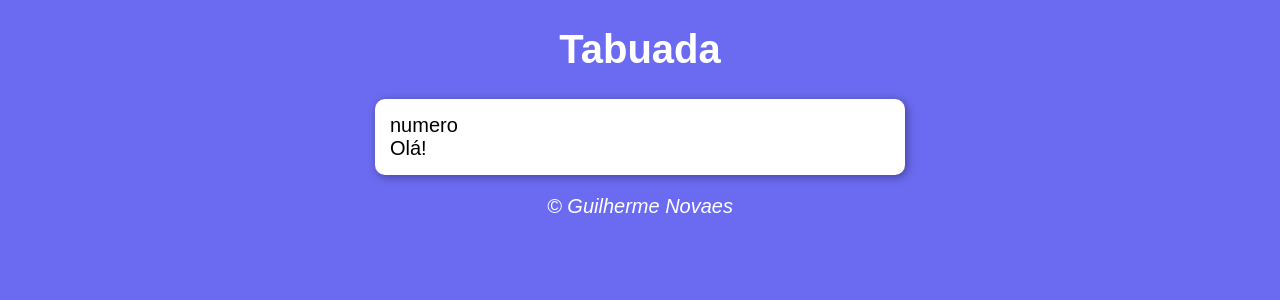
Repository: Guilherme-RNovaes/JavaScript-Curso
Page: Aula 14ex/ex017/index.html
These files come from the project's save history. The page is drawn as it stood at one moment and after the next save; the edit follows.
The browser window is 1280 px wide. The pictures show the whole page.

Above is the page before, as saved 2022-09-10 09:06:58.

After the next save:
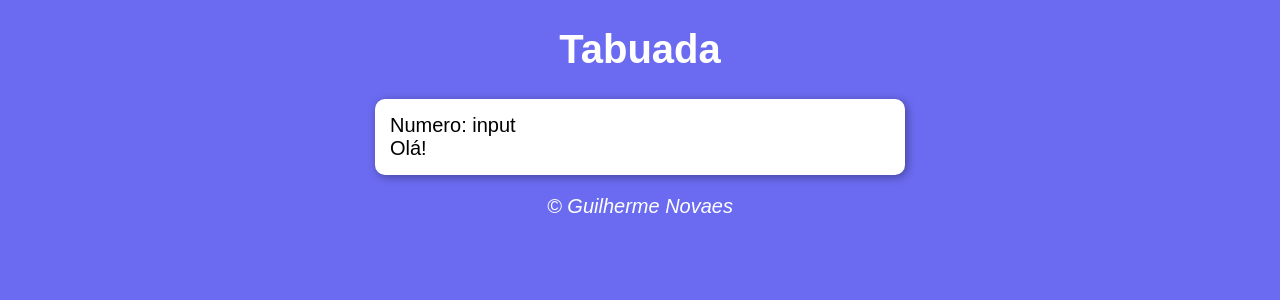
Saved 5 s later.
--- a/Aula 14ex/ex017/index.html
+++ b/Aula 14ex/ex017/index.html
@@ -13,7 +13,7 @@
     </header>
     <section>
         <div>
-            numero
+            Numero: input
         </div>
         <div>
             Olá!
